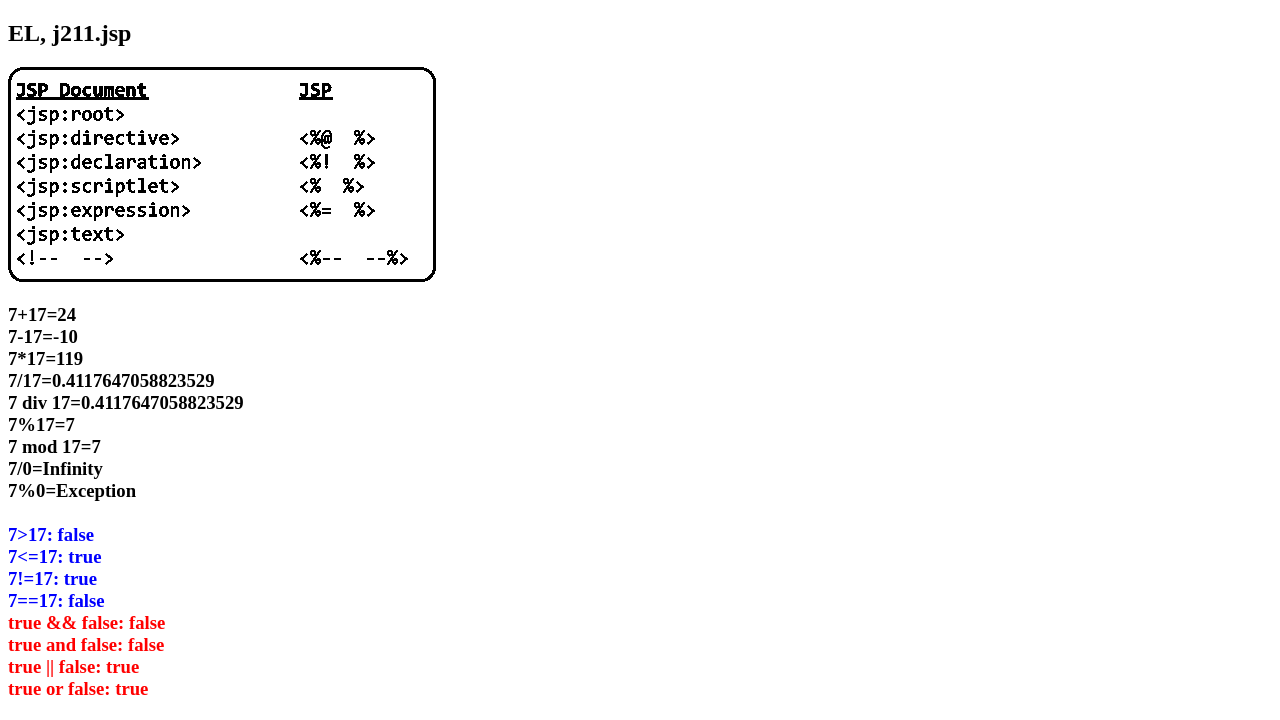
Repository: anxhuang/Java_Web
Page: http://localhost/code/j211.jsp
An editor plug-in stored every save of this project. The page is shown before and after the next save, followed by the edit.
The browser window is 1280 px wide. The pictures show the whole page.
The page is served by Tomcat 9. Other server files are loaded and not shown.

Above is the page before, as saved 2018-07-17 12:57:11.

### code/WebContent/j211.jsp
<%@ page language="java" pageEncoding="UTF-8"%>
<!DOCTYPE html PUBLIC "-//W3C//DTD HTML 4.01 Transitional//EN" "http://www.w3.org/TR/html4/loose.dtd">
<html>
<head>

<title>Insert title here</title>
</head>
<body>

	<h2>EL, j211.jsp</h2><h3>

	<img alt="" src="JSP.bmp"><br><br>

	7+17=${7+17 }<br>
	7-17=${7-17 }<br>
	7*17=${7*17 }<br>
	7/17=${7/17 }<br>
	7 div 17=${7 div 17 }<br>
	7%17=${7%17 }<br>
	7 mod 17=${7 mod 17 }<br>
	7/0=${7/0 }<br> <%-- Infinity --%>
	7%0=Exception <%-- ${7%0 } Exception --%><br><br>

	<font color="blue">
	7>17: ${7>17 }<br>
	7<=17: ${7 le 17 }<br>
	7!=17: ${7 != 17 }<br>
	7==17: ${7 eq 17 }<br>
	</font>

	<font color="red">
	true && false: ${true and false }<br>
	true and false: ${true && false }<br>
	true || false: ${true or false }<br>
	true or false: ${true || false }<br>
	</font>

	</h3>

</body>
</html>

After the next save:
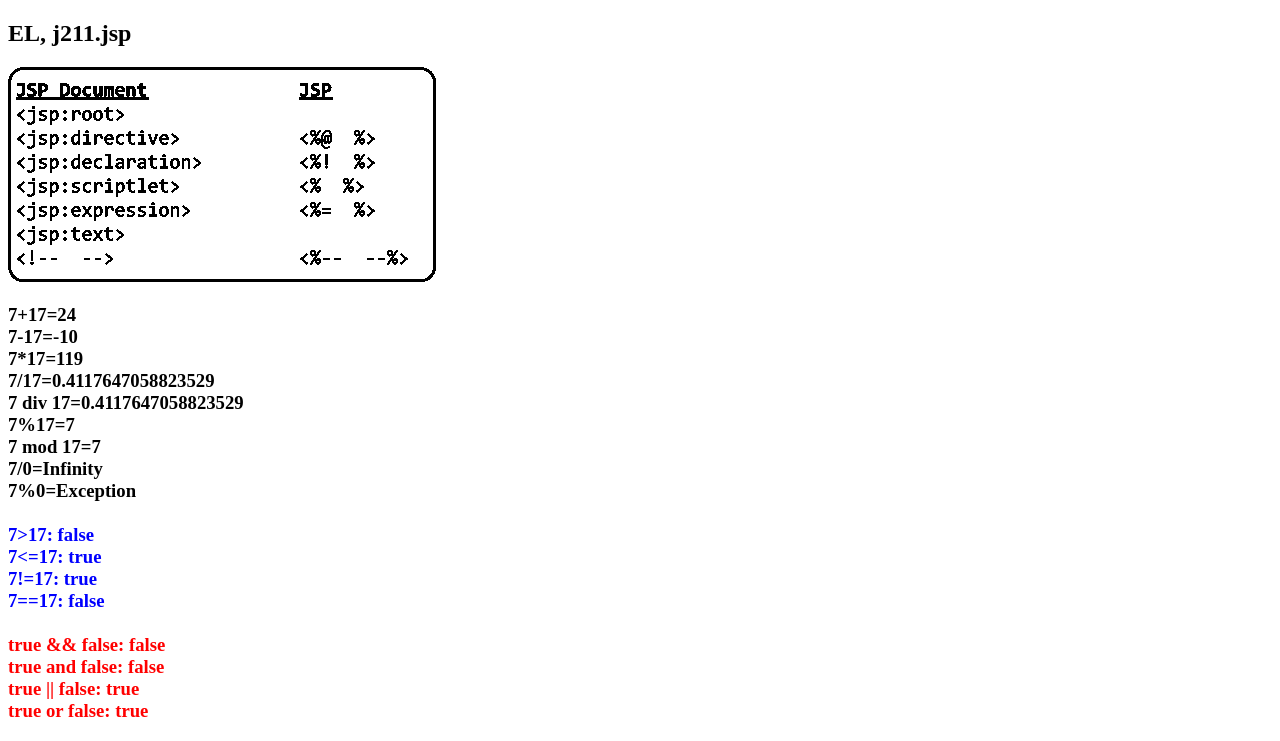
Saved 16 s later.
--- a/code/WebContent/j211.jsp
+++ b/code/WebContent/j211.jsp
@@ -26,7 +26,7 @@
 	7<=17: ${7 le 17 }<br>
 	7!=17: ${7 != 17 }<br>
 	7==17: ${7 eq 17 }<br>
-	</font>
+	</font><br>
 
 	<font color="red">
 	true && false: ${true and false }<br>
